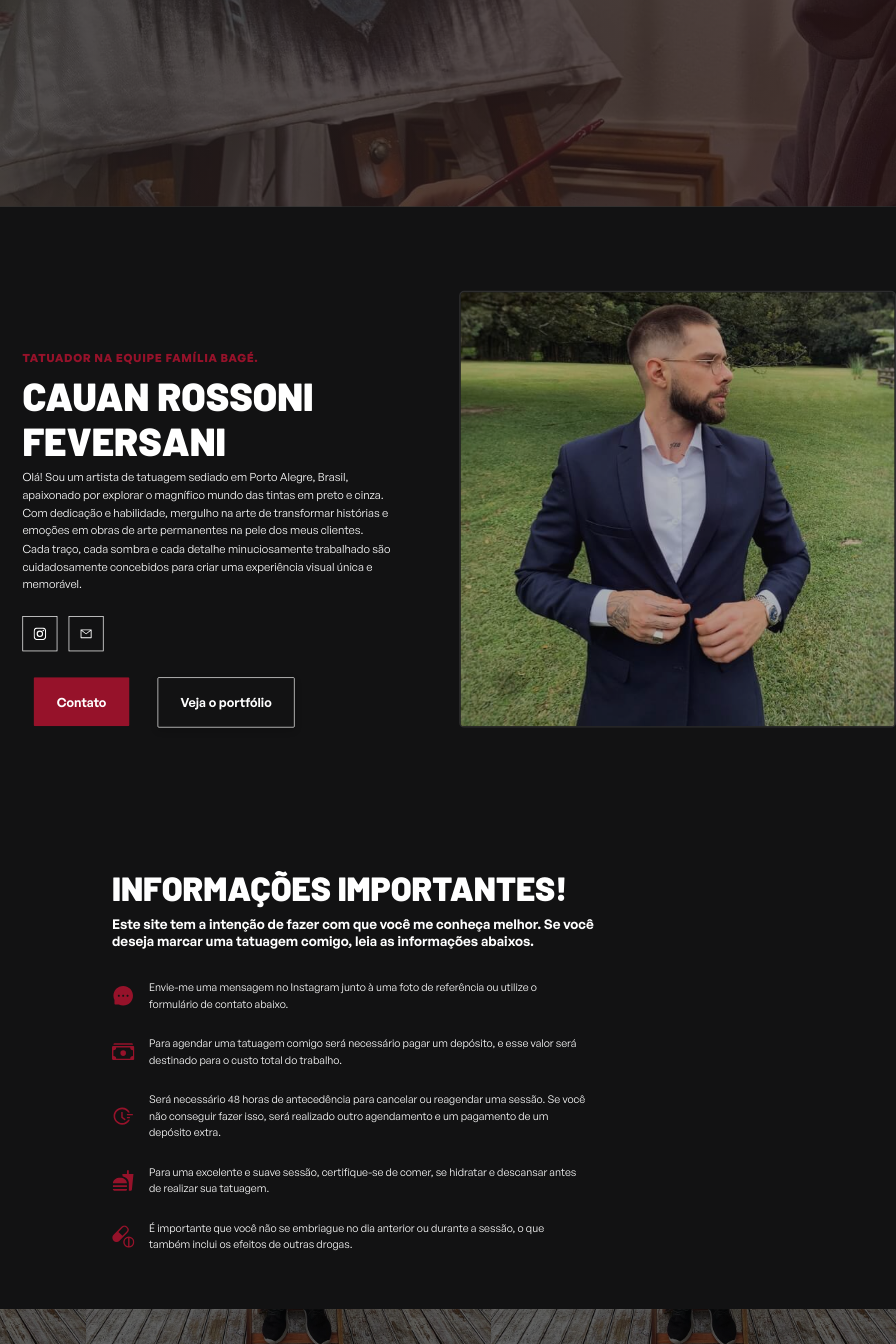
Repository: Leoka2000/S-tima-Ideia
Page: /
These files come from the project's save history. The page is drawn as it stood at one moment and after the next save; the edit follows.
The browser window is 1280 px wide. The pictures show the part of the page from y = 3608 to 5528 px (the page is 6777 px tall), at 70% of full size.
Backgrounds fixed to the window are drawn as part of the page. The project was rebuilt for these pictures with package versions that can differ from the ones it lists, and the page was loaded fresh each time. Some packages were replaced by stand-ins written for this rebuild. Also part of the build but not shown: src/pages/main/instagram/instagram.css, src/pages/main/instagram/instagram.jsx, src/App.css, src/pages/portfolio/portfolio.css, src/data/database-common.js, src/pages/portfolio/loop-content.jsx, src/pages/portfolio/portfolio.jsx, src/pages/portfolio/index.jsx and 2 more. Imported but missing from the stored project, and not drawn on this page: src/assets/videos/cauan-video.mp4.

Above is the page before, as saved 2023-07-10 20:05:16.

### public/index.html
<!DOCTYPE html>
<html lang="en">
  <head>
    <meta charset="utf-8" />
    <link rel="icon" href="%PUBLIC_URL%/logo.png" />
    <meta name="viewport" content="width=device-width, initial-scale=1" />
    <meta name="theme-color" content="#000000" />
    <meta
      name="description"
      content=""
    />
    <link rel="apple-touch-icon" href="%PUBLIC_URL%/logo192.png" />
    <!--
      manifest.json provides metadata used when your web app is installed on a
      user's mobile device or desktop. See https://developers.google.com/web/fundamentals/web-app-manifest/
    -->
    <link rel="manifest" href="%PUBLIC_URL%/manifest.json" />
    <!--
      Notice the use of %PUBLIC_URL% in the tags above.
      It will be replaced with the URL of the `public` folder during the build.
      Only files inside the `public` folder can be referenced from the HTML.

      Unlike "/favicon.ico" or "favicon.ico", "%PUBLIC_URL%/favicon.ico" will
      work correctly both with client-side routing and a non-root public URL.
      Learn how to configure a non-root public URL by running `npm run build`.
    -->
    <title>Setima Ideia</title>
  </head>
  <body>
    <noscript>You need to enable JavaScript to run this app.</noscript>
    <div id="root"></div>
    <!--
      This HTML file is a template.
      If you open it directly in the browser, you will see an empty page.

      You can add webfonts, meta tags, or analytics to this file.
      The build step will place the bundled scripts into the <body> tag.

      To begin the development, run `npm start` or `yarn start`.
      To create a production bundle, use `npm run build` or `yarn build`.
    -->
  </body>
</html>

### src/pages/main/index/index.jsx
import React from 'react'
import Hero from '../hero/hero'
import About from '../about/about'
import Carousel from '../carousel/carousel'
import HorizontalParallax2 from '../carousel/carousel2'
import LookPortfolio from '../olhe-portfolio'
import Video from '../video/video'
import Instagram from '../instagram/instagram'
import Form from '../contact/form'
import Contact from '../contact'
import Sobre from '../../sobre/about/about'

const index = () => {
  return (
    <>
      <Hero/>
      <About/>
      <Carousel/>
      <HorizontalParallax2/>
      <LookPortfolio/>
      <Video/>
      <Sobre/>
      {/* <Instagram/> */}
      <Contact/>
    </>
  )
}

export default index

### src/pages/sobre/about/about.jsx
import React from 'react'
import "./about.css"
import { BsFacebook } from 'react-icons/bs'
import { BsInstagram } from 'react-icons/bs'
import { AiOutlineMail } from 'react-icons/ai'
import cauan from '../../../assets/images/cauan.jpg'
import {Link} from 'react-scroll'

const Sobre = () => {
  return (
    <section id='about' className='sobre-section'>
      <main>
        <div className='sobre-left'>
          <h2>Tatuador na equipe Família Bagé.</h2>
          <h1>Cauan Rossoni Feversani</h1>
          <p>Olá! Sou um artista de tatuagem sediado em Porto Alegre, Brasil, apaixonado por explorar o magnífico mundo das tintas em preto e cinza. Com dedicação e habilidade, mergulho na arte de transformar histórias e emoções em obras de arte permanentes na pele dos meus clientes. Cada traço, cada sombra e cada detalhe minuciosamente trabalhado são cuidadosamente concebidos para criar uma experiência visual única e memorável. </p>
          <div className='sobre-icons-wrapper'>
            <a target='_blank' href='https://www.instagram.com/setimaideia.ink'>
              <BsInstagram />
            </a>
            <a href='mailto:contato.cauanrf@gmail.com'>
              <AiOutlineMail />
            </a>
          </div>
          <div className='sobre-button-wrapper'>
          <Link style={{ textDecoration: 'none' }} spy={true} smooth={true} offset={100} duration={500} to='form' ><button className='solid'>Contato</button></Link>
            <a target='_blank' href='https://www.instagram.com/setimaideia.ink'><button className='transparent'>Veja o portfólio</button></a>
          </div>
        </div>
        <div className='sobre-right'>
          <img alt='cauan' src={cauan}/>
        </div>
      </main>
    </section>
  )
}

export default Sobre

### src/components/footer/footer.jsx
import { useEffect } from 'react'
import './footer.css'
import { BsFacebook } from 'react-icons/bs'
import { BsInstagram } from 'react-icons/bs'
import { AiOutlineMail } from 'react-icons/ai'
import machine from '../../assets/icons/tattoo-machine.png'
import bage from '../../assets/brand/bage.jpg'
import { useLocation } from 'react-router-dom'
import { Link } from 'react-scroll'

const Footer = () => {

    const location = useLocation();

    useEffect(() => {
        window.scrollTo(0, 0);
    }, [location.pathname]);


    return (
        <footer>
            <main>
                <div className='footer-left'>
                    <div className='footer-cauan'>
                        <img src={machine} />
                        <p>Cauan Rossoni</p>
                    </div>

                    <div className='footer-icons-wrapper'>
                        <a target='_blank' href='https://www.instagram.com/setimaideia.ink/'>< BsInstagram /></a>
                        <a target='_blank' href='mailto:contato.cauanrf@gmail.com'><AiOutlineMail /></a>
                    </div>
                </div>
                <div className='footer-middle'>
                    <h1>Páginas</h1>
                    <Link style={{ textDecoration: 'none' }} spy={true} smooth={true} offset={100} duration={500} to='inicio' >Início</Link>
                    <Link style={{ textDecoration: 'none' }} spy={true} smooth={true} offset={100} duration={500} to='portfolio' >Portfolio</Link>
                    <Link style={{ textDecoration: 'none' }} spy={true} smooth={true} offset={100} duration={500} to='about' >Sobre</Link>
                </div>
                <div className='footer-right'><a target='_blank' href='https://www.instagram.com/_familiabagetattoo_/'><img src={bage} /></a></div>
            </main>
            <div className='leo-tag'>
                <p>Desenvolvido por <a target='_blank' style={{textDecoration: 'none'}} href='https://www.linkedin.com/in/leoreus/'>Leo Reus Oliveira</a></p>
            </div>
        </footer>
    )
}

export default Footer

### src/pages/main/hero/hero.jsx
import React from 'react';
import { motion } from 'framer-motion';
import './hero.css';
import logo from '../../../assets/brand/logoCorrected.png';
import { Link } from 'react-scroll';

const Hero = () => {
  const text = "Olá, aqui é o Cauan, bem-vindo ao meu website!";

  const parentVariants = {
    animate: {
      transition: {
        staggerChildren: 0.05,
      },
    },
  };

  const childVariants = {
    initial: {
      y: 20,
      opacity: 0,
    },
    animate: {
      y: 0,
      opacity: 1,
    },
  };

  return (
    <section id='inicio' className="hero-section">
      <div className="hero-wrapper">
        <img src={logo} alt="logo" />
        <motion.h1 variants={parentVariants} initial="initial" animate="animate">
          {text.split("").map((letter, index) => (
            <motion.span key={index} variants={childVariants}>{letter}</motion.span>
          ))}
        </motion.h1>
        <h2>Clique no botão abaixo para saber mais.</h2>
        <div>
          <Link to='sobre' className="colored-hero" style={{textDecoration: 'none'}} spy={true} smooth={true} offset={100} duration={500}>Saiba mais</Link>
        </div>
      </div>
    </section>
  );
};

export default Hero;

### src/pages/main/carousel/carousel.jsx
import C1 from '../../../assets/carousel/c1.jpg'
import C2 from '../../../assets/carousel/c2.jpg'
import C3 from '../../../assets/carousel/c4.jpg'
import C4 from '../../../assets/carousel/c5.jpg'
import C5 from '../../../assets/carousel/c6.jpg'
import C6 from '../../../assets/carousel/c7.jpg'
import C7 from '../../../assets/carousel/c20.jpg'
import C8 from '../../../assets/carousel/c11.jpg'
import C9 from '../../../assets/carousel/c12.jpg'

import C11 from '../../../assets/carousel/c15.jpg'
import C12 from '../../../assets/carousel/c16.jpg'
import C13 from '../../../assets/carousel/c17.jpg'
import C15 from '../../../assets/carousel/c19.jpg'
import C16 from '../../../assets/carousel/c21.jpg'





import React, {useState, useEffect} from "react";
import './carousel.css'

const images = [
  C1,
  C5,
  C4,
  C3,
  C7,
  C2,
  C6,
  //  C10,
  C8,
  C9,

  C11,
  C12,
  // C14,
  C13,
  C15,
  C16,
  // C17,



];

const HorizontalParallax = () => {
  const [scrollY, setScrollY] = useState(0);

  useEffect(() => {
    const handleScroll = () => {
      setScrollY(window.scrollY);
    };

    window.addEventListener("scroll", handleScroll);

    return () => {
      window.removeEventListener("scroll", handleScroll);
    };
  }, []);

  const calculateX = (scrollY) => {
    const minScroll = 0;
    const maxScroll = 2000;
    const minX = 0;
    const maxX = -2000;

    return (scrollY - minScroll) * ((maxX - minX) / (maxScroll - minScroll)) + minX;
  };

  const x = calculateX(scrollY);

  return (
    <div className="horizontal-parallax">
      <div className="images-container" style={{ transform: `translateX(${x}px)` }}>
        {images.map((image, index) => (
          <div key={index} className="image">
            <img src={image} alt={`Image ${index}`} />
          </div>
        ))}
      </div>
    </div>
  );
};

export default HorizontalParallax;

### src/pages/main/carousel/carousel2.jsx
import React, { useState, useEffect } from "react";
import './carousel.css'
import C1 from '../../../assets/carousel/c1.jpg'
import C2 from '../../../assets/carousel/c2.jpg'
import C13 from '../../../assets/carousel/c4.jpg'
import C4 from '../../../assets/carousel/c5.jpg'
import C5 from '../../../assets/carousel/c6.jpg'
import C6 from '../../../assets/carousel/c7.jpg'
// import C7 from '../../../assets/carousel/c10.jpg'
import C8 from '../../../assets/carousel/c11.jpg'
import C9 from '../../../assets/carousel/c12.jpg'
// import C10 from '../../../assets/carousel/c13.jpg'
import C11 from '../../../assets/carousel/c15.jpg'
import C12 from '../../../assets/carousel/c16.jpg'
// import C13 from '../../../assets/carousel/c17.jpg'
import C15 from '../../../assets/carousel/c19.jpg'
import C16 from '../../../assets/carousel/c21.jpg'

const images = [
  C1,
  C5,
  C4,
  // C7,
  C2,
  C6,
  C13,
  C8,
  C9,
  // C10,
  C11,
  C12,
  // C13,
  C15,
  C16,
  // C17,
  // C18,
];

const HorizontalParallax2 = () => {
  const [scrollY, setScrollY] = useState(0);

  useEffect(() => {
    const handleScroll = () => {
      setScrollY(window.scrollY);
    };

    window.addEventListener("scroll", handleScroll);

    return () => {
      window.removeEventListener("scroll", handleScroll);
    };
  }, []);

  const calculateX = (scrollY) => {
    const minScroll = 0;
    const maxScroll = 3000;
    const minX = -2000;
    const maxX = 0;

    return (scrollY - minScroll) * ((maxX - minX) / (maxScroll - minScroll)) + minX;
  };

  const x = calculateX(scrollY);

  return (
    <div className="horizontal-parallax">
      <div className="images-container" style={{ transform: `translateX(${x}px)` }}>
        {images.map((image, index) => (
          <div key={index} className="image">
            <img src={image} alt={`Image ${index}`} />
          </div>
        ))}
      </div>
    </div>
  );
};

export default HorizontalParallax2;

### src/pages/main/olhe-portfolio/index.jsx
import React from 'react'
import './index.css'
import img from '../../../assets/images/Signature.jpg'
import silhouete from '../../../assets/icons/about-tattoo-machine.png'
import clown from '../../../assets/icons/rose.png'
import { useInView } from 'react-intersection-observer';
import { motion } from 'framer-motion'
import { Link } from 'react-router-dom'

const LookPortfolio = () => {

  const [ref1, inView1] = useInView({
    threshold: 0.3,
    triggerOnce: true,
    delay: 0.7
  });

  const [ref2, inView2] = useInView({
    threshold: 0.3,
    triggerOnce: true,
    delay: 0.9
  });

  return (
    <section id='portfolio' className='look-portfolio-section'>
      <img alt='silhouete' className='silhouete' src={silhouete} />
      <img alt='silhouete' className='clown' src={clown} />
      <motion.div
        ref={ref1}
        initial={{ opacity: 0 }}
        animate={inView1 ? { opacity: 1 } : { opacity: 0 }}
        transition={{ duration: 1 }}
        className='look-portfolio-left'>
        <img src={img} />
      </motion.div>
      <br/>
      <motion.div
        ref={ref2}
        initial={{ opacity: 0 }}
        animate={inView2 ? { opacity: 1 } : { opacity: 0 }}
        transition={{ duration: 1 }}
        className='look-portfolio-right'>
        <h1>Confira o meu portfólio!</h1>
        <p>Clique no link a baixo para acessar o meu portfólio no Instagram. Lá, você pode encontrar uma exposição dos meus trabalhos atualizados.</p>
        <a
         style={{textDecoration:'none'}} target='_blank' href='https://www.instagram.com/setimaideia.ink/'>Saiba mais</a>
      </motion.div>

    </section>
  )
}

export default LookPortfolio

### src/pages/main/video/video.jsx
import React, { useState } from 'react';
import './video.css';
import cauan from '../../../assets/videos/cauan-video.mp4'
import thumb from '../../../assets/images/Thumbnail.jpg'
import { FaPlay, FaTimes } from "react-icons/fa";

function Video() {
    const [showVideo, setShowVideo] = useState(false);

    function handlePlayClick() {
        setShowVideo(true);
        document.body.style.overflow = 'hidden';
    }

    function handleCloseClick() {
        setShowVideo(false);
        document.body.style.overflow = 'visible';
    }

    return (
        <section className="video-thumbnail">
            <div className='overlay-effect'>
                <div
                    className="thumbnail-image"

                >
                    <button
                        className="play-button"
                        onClick={handlePlayClick}
                    >
                        <FaPlay className="play-icon" />
                    </button>
                </div>
                {showVideo && (
                    <div className="video-overlay">
                        <button className="close-button" onClick={handleCloseClick}>
                            <FaTimes className="close-icon" />
                        </button>
                        <div className="video-wrapper">
                            <video src={cauan} controls autoPlay />
                        </div>
                    </div>
                )}
            </div>
        </section>
    );
}

export default Video

### src/pages/sobre/about/about.css
.sobre-section {
    color: white;
    margin-top: 7.5rem;
    margin-bottom: 4rem;




}
.sobre-section > main {
    display: flex;
    justify-content: space-between;
    height: 100%;

}
.sobre-left {
    display: flex;
    flex-direction: column;
    gap: 0.5rem;
    padding: 5rem 0 0 2rem;

}
.sobre-left > h2 {
    font-family: 'General Sans', sans-serif;
    color: #96122a;
font-weight: 700;
font-size: 1rem;
letter-spacing: 0.06em;
text-transform: uppercase;
}
.sobre-left > h1 {
    font-family: Barlow, sans-serif;
    font-size: 3.5rem;
    color: #fff;
font-size: 56px;
line-height: 4rem;
max-width: 40rem;
font-weight: 900;
text-transform: uppercase;
}
.sobre-left > p {
    max-width: 33rem;
    font-size: 1rem;
    line-height: 1.6rem;
}
.sobre-right {
    height: 100%;
}
.sobre-right > img {
    width: 40rem;
    height: 100%;
    border-radius: 7px;
    filter:opacity(0.7);
    border: 2px solid #393939;
}
.sobre-icons-wrapper {
    display: flex;
    gap: 1rem;
    margin-top: 1.5rem;
}
.sobre-icons-wrapper > a {
    display: flex;
    width: 50px;
    height: 50px;
    min-height: 50px;
    min-width: 50px;
    -webkit-box-pack: center;
    -webkit-justify-content: center;
    -ms-flex-pack: center;
    justify-content: center;
    -webkit-box-align: center;
    -webkit-align-items: center;
    -ms-flex-align: center;
    align-items: center;
    border-style: solid;
    cursor: pointer;
    border-width: 1px;
    border-color: #fff;
    background-color: transparent;
    -webkit-transition: background-color 300ms ease, color 300ms ease, -webkit-transform 300ms ease;
    transition: background-color 300ms ease, color 300ms ease, -webkit-transform 300ms ease;
    transition: transform 300ms ease, background-color 300ms ease, color 300ms ease;
    transition: transform 300ms ease, background-color 300ms ease, color 300ms ease, -webkit-transform 300ms ease;
    color: #fff;
    text-decoration: none;
}
.sobre-icons-wrapper > a:hover {
    border-color: #96122a;
background-color: #96122a;
-webkit-transform: translate(0px, -3px);
-ms-transform: translate(0px, -3px);
transform: translate(0px, -3px);
color: #fff;
}

.sobre-button-wrapper {
    display: flex;
    gap: 1.5rem;

    padding-top: 1.8rem;
    padding-bottom: 3.5rem;
}
.sobre-button-wrapper > a {
    border-bottom: none;
    text-decoration: none;
    margin-left: 1rem;
}
.solid {
    padding: 1.5rem 2rem 1.5rem 2rem;

    cursor: pointer;
    -webkit-box-pack: center;
    -webkit-justify-content: center;
    -ms-flex-pack: center;
    justify-content: center;
    border: 1px solid transparent;
    border-radius: 2px;
    background-color: #96122a;
    -webkit-transition: box-shadow 300ms ease, -webkit-transform 300ms ease;
    transition: box-shadow 300ms ease, -webkit-transform 300ms ease;
    transition: box-shadow 300ms ease, transform 300ms ease;
    transition: box-shadow 300ms ease, transform 300ms ease, -webkit-transform 300ms ease;
    font-family: 'General Sans', sans-serif;
    color: #fff;
    line-height: 1.111em;
    font-weight: 500;
    text-align: center;
    text-decoration: none;
    text-transform: none;
    -webkit-transform-style: preserve-3d;
    transform-style: preserve-3d;
}

.solid:hover {
    box-shadow: 0 10px 20px 0 rgba(248, 19, 60, 0.2);
    -webkit-transform: translate3d(0px, -3px, 0.01px);
    transform: translate3d(0px, -3px, 0.01px);
    color: #fff;

}

.transparent:hover {
    background-color: #fff;
    -webkit-transform: translate3d(0px, -3px, 0.01px);
    transform: translate3d(0px, -3px, 0.01px);
    color: #121213;
}

.transparent {
    padding: 2.2rem 2rem 2.2rem 2rem;
    border-radius: 2px;
    height: 3.5rem;
    display: flex;
    align-items: center;
    justify-content: center;
    cursor: pointer;
    border-style: solid;
    border-width: 1px;
    border-color: #f0f0f0;
    background-color: transparent;
    box-shadow: 0 4px 10px 0 rgba(0, 0, 0, 0.2);
    -webkit-transition: background-color 300ms ease, color 300ms ease, -webkit-transform 300ms ease;
    transition: background-color 300ms ease, color 300ms ease, -webkit-transform 300ms ease;
    transition: transform 300ms ease, background-color 300ms ease, color 300ms ease;
    transition: transform 300ms ease, background-color 300ms ease, color 300ms ease, -webkit-transform 300ms ease;
    font-family: 'General Sans', sans-serif;
    color: #fff;
    line-height: 1.111em;
    font-weight: 500;
    text-align: center;
    text-transform: none;
    -webkit-transform-style: preserve-3d;
    transform-style: preserve-3d;
}


@media screen and (min-width: 1750px) {
    .sobre-right > img {
        width: 60rem;
        height: 100%;
    }
    .sobre-left {
        display: flex;
        flex-direction: column;
        gap: 1rem;
        padding: 5rem 0 0 8rem;

    }
}


@media screen and (max-width: 1032px) {
    .sobre-section > main {
       flex-direction: column;
    }
    .sobre-left {
        display: flex;
        flex-direction: column;
        align-items: center;
        text-align: center;
        gap: 1rem;
        padding: 5rem 0 0 2rem;

    }
    .sobre-right  {
       display: flex;
       justify-content: center;
    }
    .sobre-right> img {
       width: 70%;
       border-radius: 5px;
     }


}

@media screen and (max-width: 540px) {
.sobre-left > h1 {
    font-size: 32px;
    color: #fff;
    line-height: 1.196em;
}
.sobre-left > h2 {
    font-size: 0.9rem;
    line-height: 1.3em;

}
.sobre-left > p {
   font-size: 1rem;
   line-height: 1.5rem;
}
.sobre-button-wrapper {
    display: flex;
    flex-direction: column;
    gap: 1rem;
    width: 100%;

    padding-bottom: 3.5rem;
}
.sobre-button-wrapper > a {
    width: 100%;
}
.sobre-button-wrapper > a > button {
    width: 100%;

}
.sobre-left {
    display: flex;
    flex-direction: column;
    gap: 0.75rem;
    padding: 5rem 2rem 0 2rem;

}
 }

 @media screen and (max-width: 410px) {
    .sobre-left {
        padding: 5rem 2rem 0 2rem;

    }
    .sobre-button-wrapper {
      padding-left: 0.25rem;
      padding-right: 0.25rem;
    }
    .sobre-left > h2 {
      max-width: 20rem;

    }
  }

### src/pages/main/carousel/carousel.css
.horizontal-parallax {
  position: relative;
  width: 100%;
  height: 400px;
  overflow-x: hidden;
}

.images-container {
  position: absolute;
  top: 0;
  left: 0;
  height: 100%;
  white-space: nowrap;
}

.image {
  display: inline-block;
  width: 400px;
  height: 350px;
  margin-right: 20px;
  overflow: hidden;
}

.image img {
  width: 100%;
  height: 100%;
  object-fit: cover;
  border-radius: 4px;
  box-shadow: 0 2px 4px rgba(0, 0, 0, 0.3);
}

@media screen and (max-width: 650px) {
  .image {
    display: inline-block;
    width: 210px;
    height: 245px;
    margin-right: 20px;
    overflow: hidden;
  }
  .horizontal-parallax {
    position: relative;
    width: 100%;
    height: 350px;
    overflow-x: hidden;
  }

}

Loaded but not shown: src/index.js (36 lines, source omitted); src/routes.js (29 lines, source omitted); src/pages/main/contact/form.css (337 lines, source omitted); src/components/navbar/navbar.css (298 lines, source omitted); src/pages/main/about/about.css (266 lines, source omitted); src/pages/main/contact/form.jsx (95 lines, source omitted); src/pages/main/hero/hero.css (175 lines, source omitted); src/index.css (112 lines, source omitted); src/pages/main/olhe-portfolio/index.css (156 lines, source omitted); src/components/footer/footer.css (146 lines, source omitted); src/components/navbar/navbar.jsx (78 lines, source omitted); src/pages/main/video/video.css (140 lines, source omitted); src/pages/main/about/about.jsx (57 lines, source omitted); src/pages/main/contact/index.jsx (61 lines, source omitted)

After the next save:
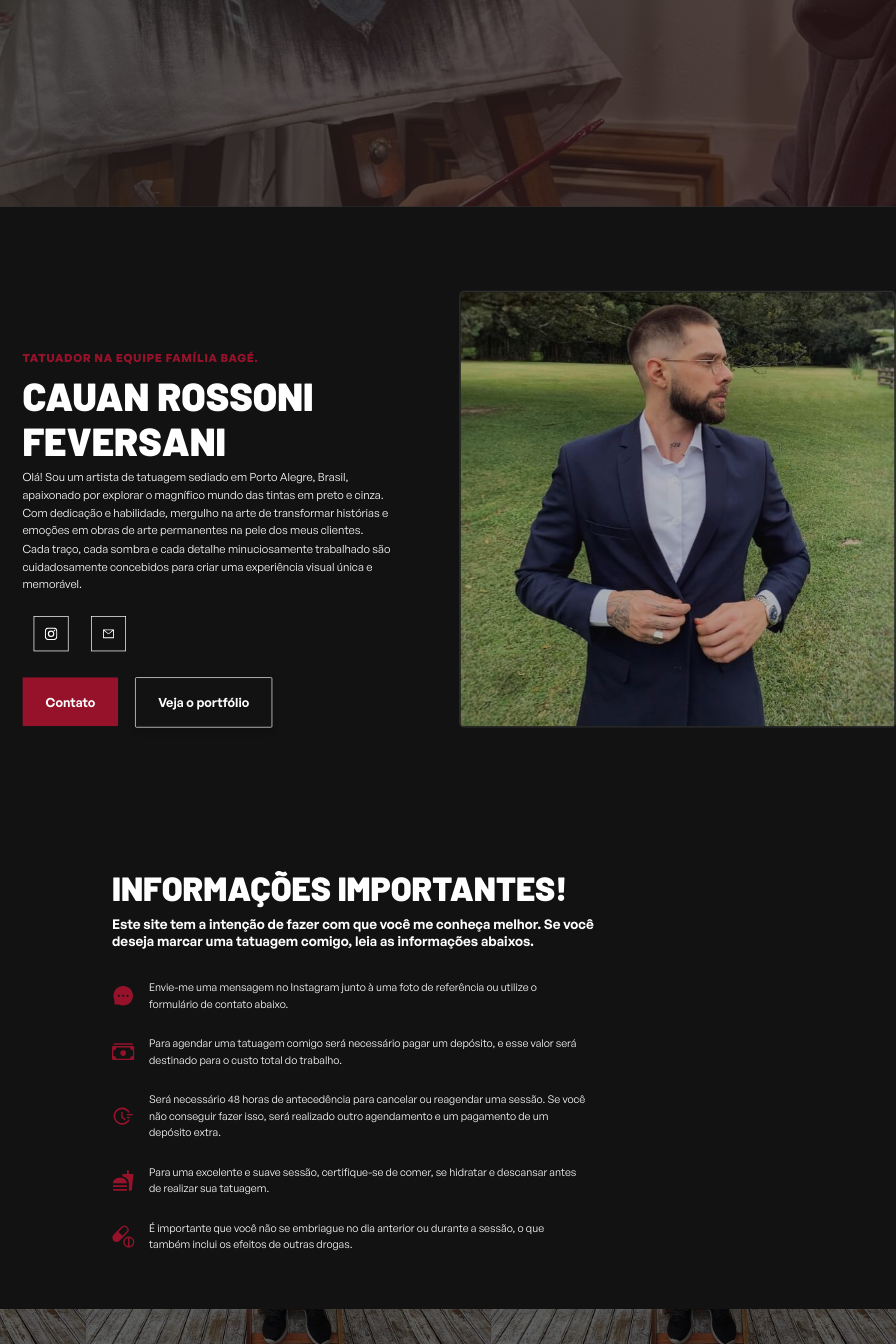
Saved 13 s later.
--- a/src/pages/sobre/about/about.css
+++ b/src/pages/sobre/about/about.css
@@ -61,6 +61,7 @@ text-transform: uppercase;
 .sobre-icons-wrapper > a {
     display: flex;
     width: 50px;
+    margin-left: 1rem;
     height: 50px;
     min-height: 50px;
     min-width: 50px;
@@ -103,7 +104,7 @@ color: #fff;
 .sobre-button-wrapper > a {
     border-bottom: none;
     text-decoration: none;
-    margin-left: 1rem;
+
 }
 .solid {
     padding: 1.5rem 2rem 1.5rem 2rem;
